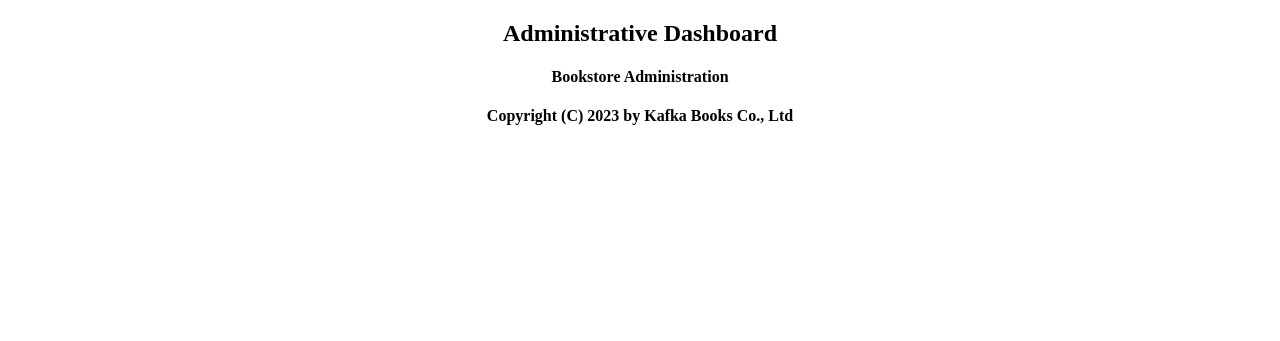
Repository: janvi2502/BookStore
Page: http://localhost/BookStoreWebsite/admin/user_form.jsp
The author's editor kept a copy of each file at every save. The page is drawn from the files as they stood at one save, then again after the next save.
The browser window is 1280 px wide. The pictures show the whole page.
The page is served by Tomcat 10.

Above is the page before, as saved 2023-10-25 12:30:50.

After the next save:
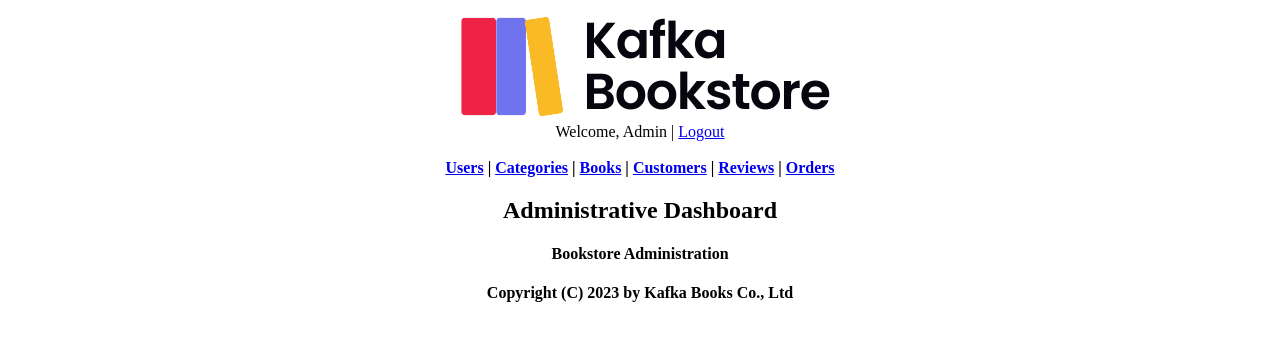
Saved 71 s later.
--- a/BookStoreWebsite/WebContent/admin/user_form.jsp
+++ b/BookStoreWebsite/WebContent/admin/user_form.jsp
@@ -7,6 +7,7 @@
 <title>Create New User</title>
 </head>
 <body>
+	<jsp:directive.include file="header.jsp" />
 	<div align="center">
 		<h2>Administrative Dashboard</h2>
 	</div>
